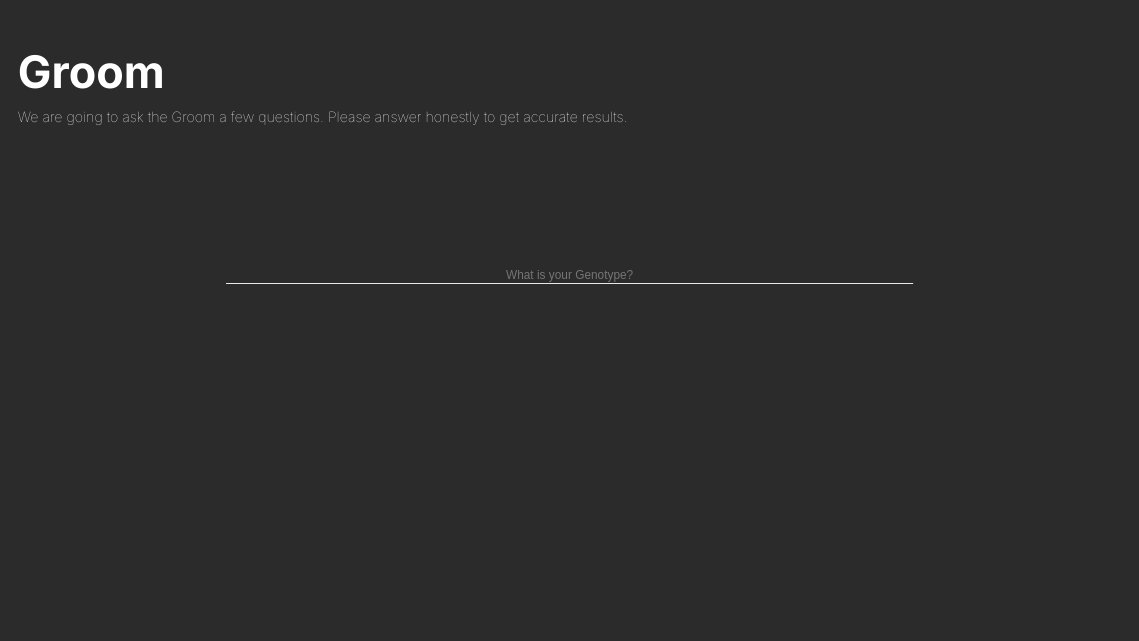
Repository: devhabeeblateef/tictactoe
Page: /, after clicking the first element matching `button.Home_f63b8_start`
An editor plug-in stored every save of this project. The page is shown before and after a run of saves, followed by the edit.
The browser window is 1280 px wide. The pictures show the whole page, at 89% of full size.
The project was rebuilt for these pictures with package versions that can differ from the ones it lists, and the page was loaded fresh each time. Also part of the build but not shown: src/App.css.

Above is the page before, as saved 2022-06-17 01:57:56.

After the next 2 saves:
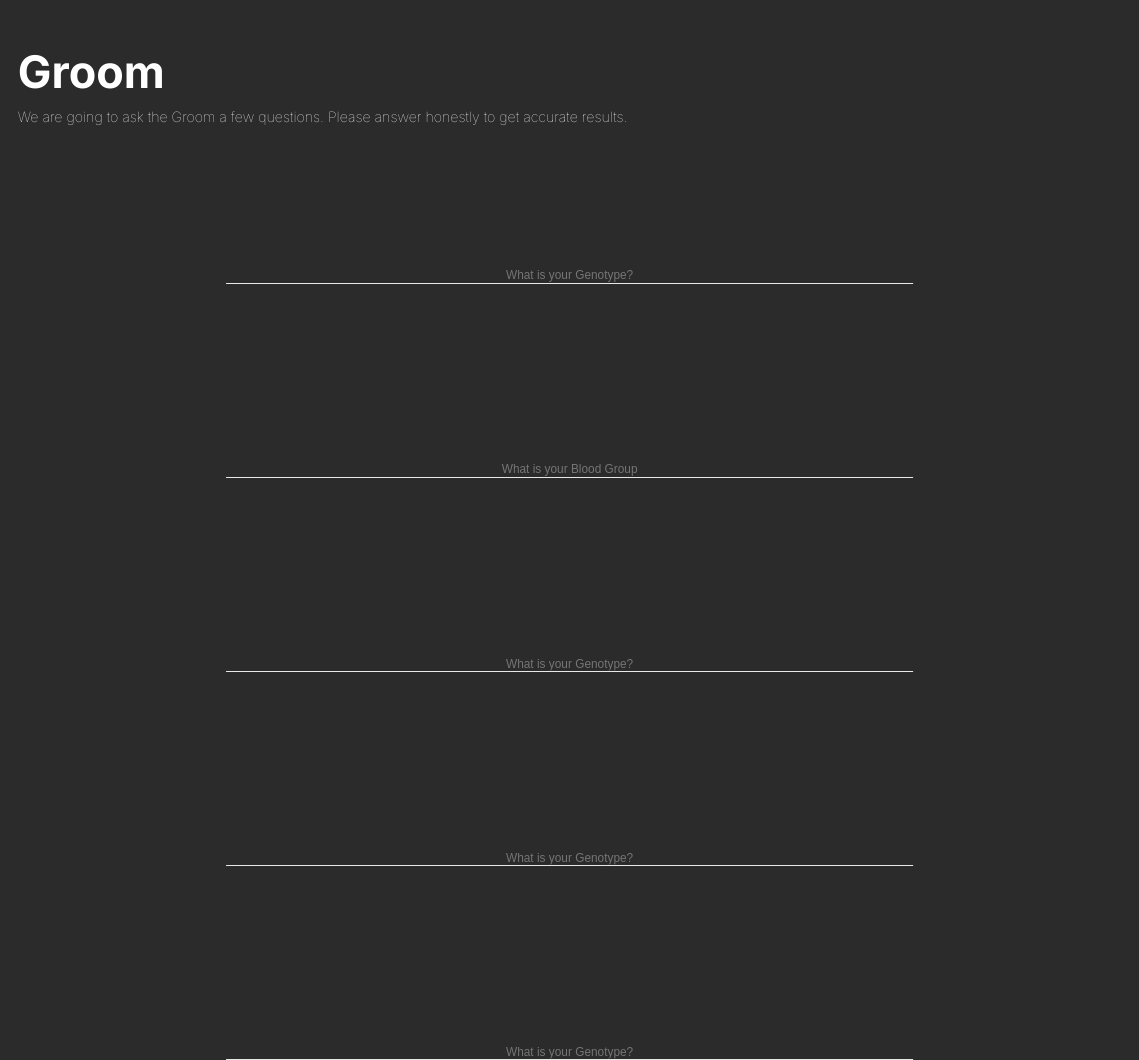
The 2 saves are shown as one change because they came seconds apart.
The last was saved 12 s later.
--- a/src/Form.js
+++ b/src/Form.js
@@ -25,6 +25,10 @@ function Form() {
         {started ? <button onClick={start} className={classes.start}>
         Start</button> : ""}
         <Myform placeholder={maleQuestions[0]}/>
+        <Myform placeholder={maleQuestions[1]}/>
+        <Myform placeholder={maleQuestions[0]}/>
+        <Myform placeholder={maleQuestions[0]}/>
+        <Myform placeholder={maleQuestions[0]}/>
         </center>
     </div>
   )
